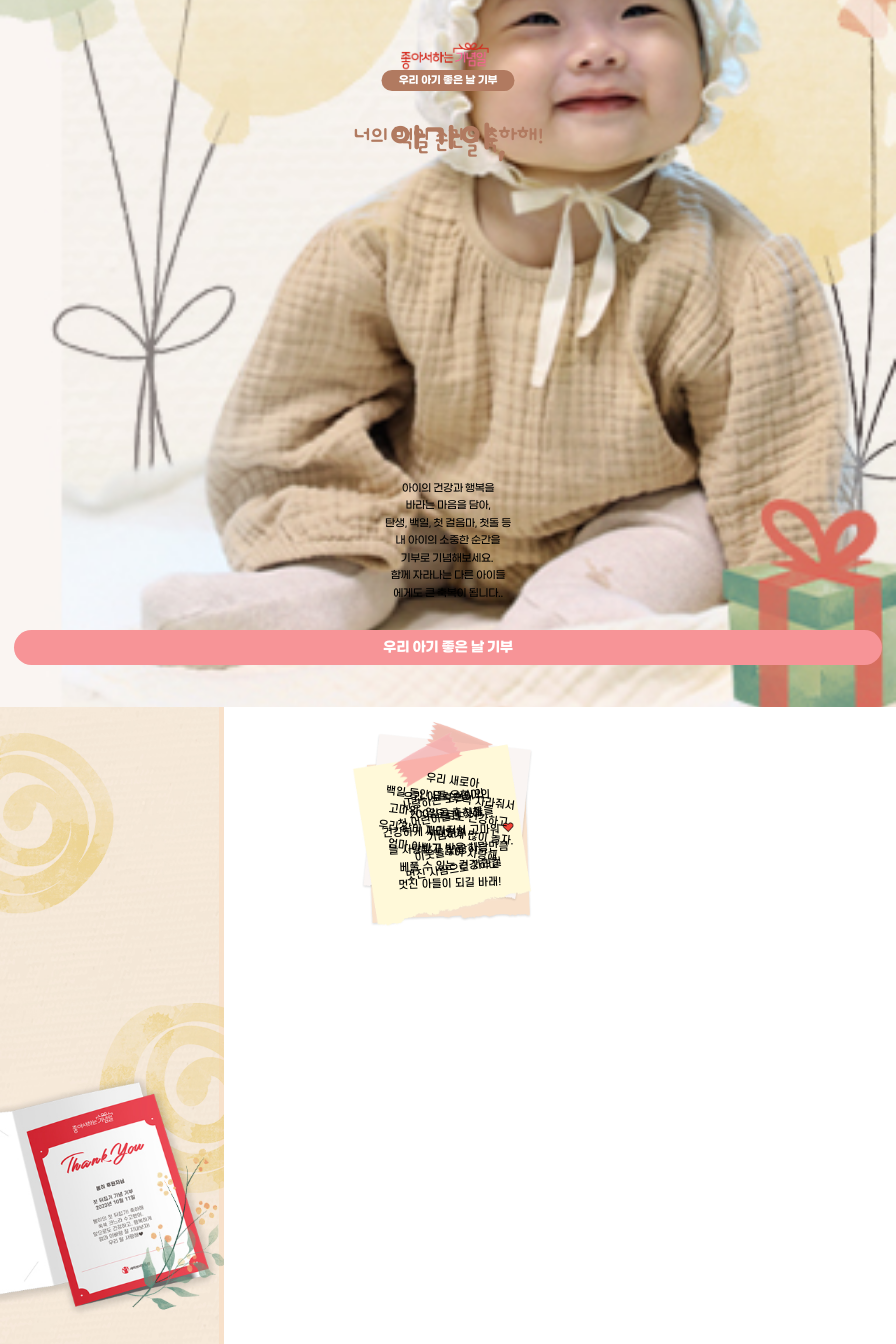
Repository: dlgywls1130/save_the_m320
Page: index.html
These files come from the project's save history. The page is drawn as it stood at one moment and after the next save; the edit follows.
The browser window is 1280 px wide. The pictures show the part of the page from y = 0 to 1920 px (the page is 6830 px tall), at 70% of full size.

Above is the page before, as saved 2023-12-21 11:16:11.

After the next save:
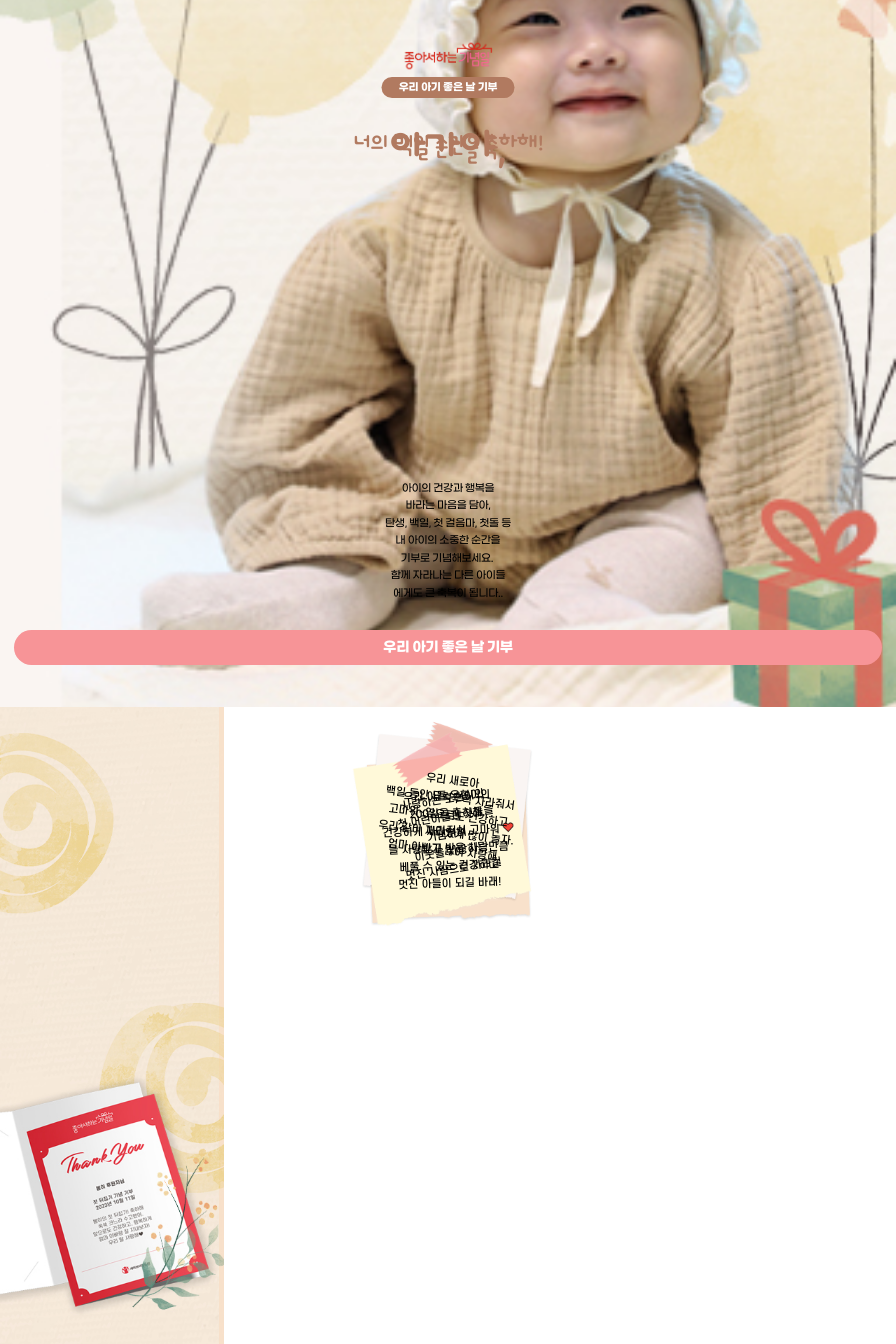
Saved 32 s later.
--- a/css/style.css
+++ b/css/style.css
@@ -138,7 +138,7 @@
 .sub_logo{
     width: 125px;
     height: 40px;
-    margin-right: 10px;
+    margin-bottom: 10px;
 }
 
 .sub_logo img{
